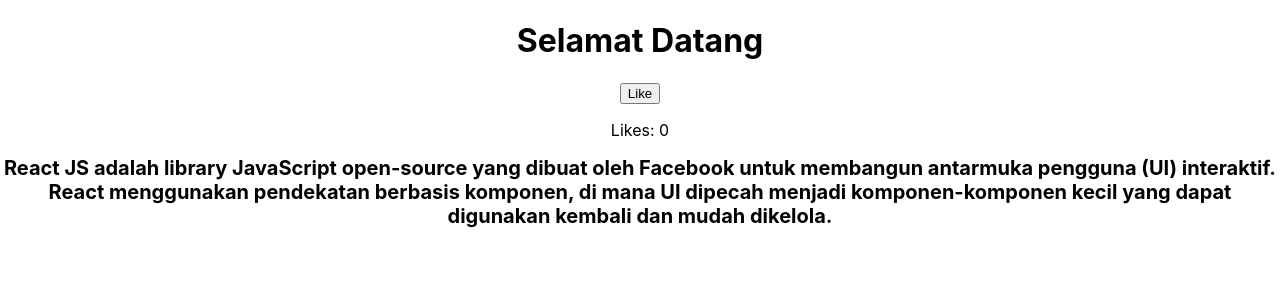
Repository: mfarhannr/Farhan_Quiz_ReactJS
Page: /
These files come from the project's save history. The page is drawn as it stood at one moment and after a run of saves; the edit follows.
The browser window is 1280 px wide. The pictures show the whole page.
The project was rebuilt for these pictures with package versions that can differ from the ones it lists, and the page was loaded fresh each time.

Above is the page before, as saved 2024-05-17 14:35:38.

After the next 6 saves:
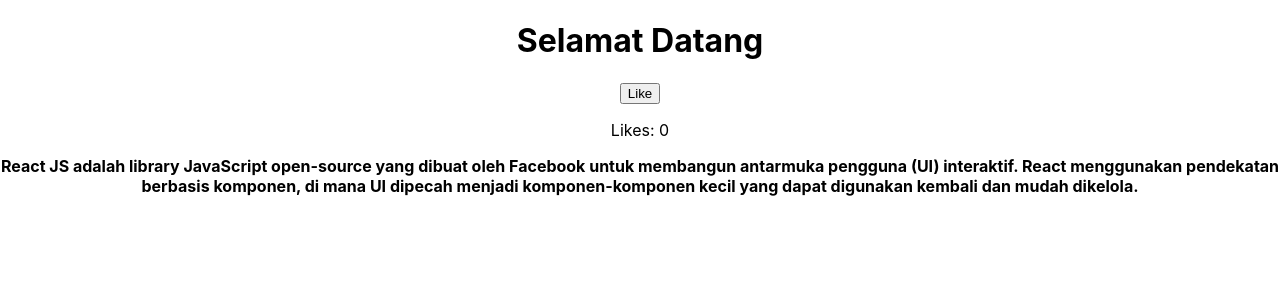
The 6 saves are shown as one change because they came seconds apart.
The last was saved 20 s later.
--- a/src/App.css
+++ b/src/App.css
@@ -3,8 +3,7 @@
 }
 
 .desc {
-  font-size: 10px;
-  font-weight: light;
+  font-size: 8px;
 }
 .App-logo {
   height: 40vmin;

After the 2 saves that followed:
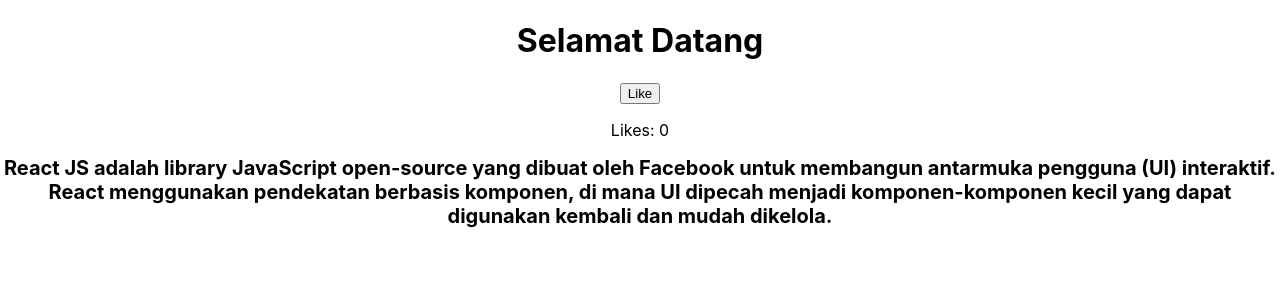
The 2 saves are shown as one change because they came seconds apart.
The last was saved 7 s later.
--- a/src/App.css
+++ b/src/App.css
@@ -3,7 +3,7 @@
 }
 
 .desc {
-  font-size: 8px;
+  font-size: 10px;
 }
 .App-logo {
   height: 40vmin;
